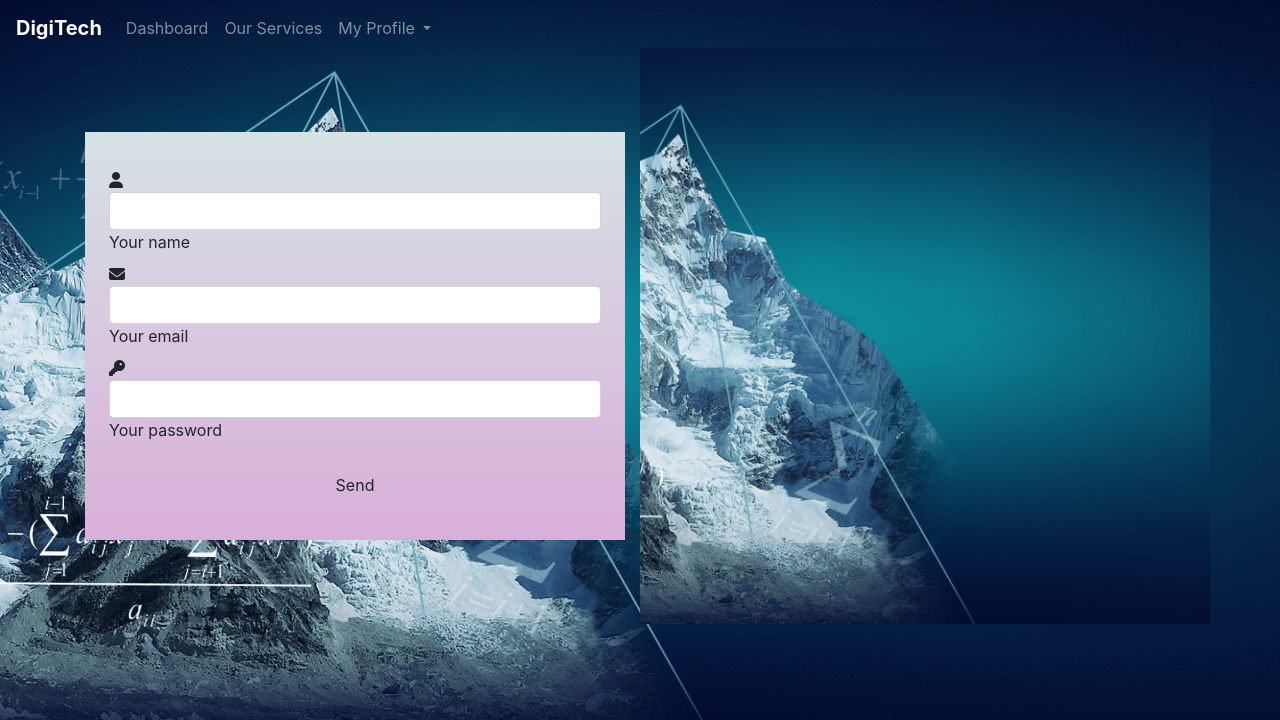
Repository: Tookliin/DigiTech
Page: /register
The author's editor kept a copy of each file at every save. The page is drawn from the files as they stood at one save, then again after the next save.
The browser window is 1280 px wide. The pictures show the whole page.
The project was rebuilt for these pictures with package versions that can differ from the ones it lists, and the page was loaded fresh each time. Also part of the build but not shown: src/components/Dashboard.vue, src/components/Profile.vue, src/components/Error.vue, src/components/Organization.vue.

Above is the page before, as saved 2020-07-22 11:56:23.

### src/main.js
import Vue from 'vue';
import App from './App.vue';
import VueRouter from 'vue-router';
// import 'bootstrap-icons';
// import 'bootstrap-icons/icons';
import 'jquery';
import 'popper.js';
import 'bootstrap';
import 'bootstrap/dist/css/bootstrap.min.css';
import './assets/css/main.css';
import '@fortawesome/fontawesome-free/css/all.min.css';
import 'bootstrap-css-only/css/bootstrap.min.css';
import Dashboard from './components/Dashboard.vue';
import Profile from './components/Profile';
import Error from './components/Error.vue';
import Register from './components/Register.vue';
import Organization from './components/Organization.vue';

Vue.use(VueRouter);
Vue.config.productionTip = false

const router = new VueRouter({
routes: [
  {path: '/', component: Dashboard},
  {path: '/profile', component: Profile},
  {path: '/register', component: Register},
  {path: '/data', component: Organization},
  {path: '*', component: Error}
],
mode: 'history'
});
new Vue({
  router,
  render: h => h(App)
}).$mount('#app');

### src/App.vue
<template>
  <div id="app">
    <main class="">
  <nav class="navbar fixed-top navbar-expand-lg navbar-dark scrolling-navbar">
        <a class="navbar-brand" href="/"><strong>DigiTech</strong></a>
        <button class="navbar-toggler" type="button" data-toggle="collapse" data-target="#navbarSupportedContent" aria-controls="navbarSupportedContent" aria-expanded="false" aria-label="Toggle navigation">
            <span class="navbar-toggler-icon"></span>
        </button>
        <div class="collapse navbar-collapse" id="navbarSupportedContent">
            <ul class="navbar-nav mr-auto">
              <router-link to="/">
              <a class="nav-link">Dashboard <span class="sr-only">(current)</span></a></router-link>

                <router-link to="/profile">
                  <a class="nav-link" >Our Services</a>
                </router-link>


                 <li class="nav-item dropdown">
          <a class="nav-link dropdown-toggle" id="navbarDropdownMenuLink-4" data-toggle="dropdown" aria-haspopup="true"
            aria-expanded="false">
           My Profile
          </a>
          <div class="dropdown-menu dropdown-menu-right dropdown-info" aria-labelledby="navbarDropdownMenuLink-4">
             <router-link to="/data">
             <a class="dropdown-item">Account</a></router-link>

             <router-link to="/register">
             <a class="dropdown-item">Register</a></router-link>

             <router-link to="/logout">
             <a class="dropdown-item">Log out</a></router-link>



            <!-- <a class="dropdown-item" href="/data">Our Clients</a> -->
          </div>
        </li>
            </ul>
        </div>
    </nav>
    </main>
    <router-view/>
  </div>
</template>
<script>
export default {
  name: "App",
  components:{

  },
  data(){
    return{}
  }
}
</script>

### src/assets/css/main.css
html,
body,
header,
.view {
  height: 100%;
}

.navbar {
    background-color: transparent;
}

@media (max-width: 740px) {
  html,
  body,
  header,
  .view {
    height: 1200px;
  }
}
@media (min-width: 800px) and (max-width: 850px) {
  html,
  body,
  header,
  .view {
    height: 700px;
  }
}

.top-nav-collapse {
  background-color: #39448c !important;
}

.navbar:not(.top-nav-collapse) {
  background: transparent !important;
}

@media (max-width: 991px) {
 .navbar:not(.top-nav-collapse) {
  background: #39448c !important;
 }
}

.far{
    color: red;
}

.dashboard{
    background-color: #21D4FD;
background-image: -webkit-linear-gradient(19deg, #21D4FD 0%, #B721FF 100%);
background-image: -moz-linear-gradient(19deg, #21D4FD 0%, #B721FF 100%);
background-image: -o-linear-gradient(19deg, #21D4FD 0%, #B721FF 100%);
background-image: linear-gradient(19deg, #21D4FD 0%, #B721FF 100%);
}

.profile{
/* background-color: #D9AFD9;
background-image: -webkit-linear-gradient(0deg, #D9AFD9 0%, #97D9E1 100%);
background-image: -moz-linear-gradient(0deg, #D9AFD9 0%, #97D9E1 100%);
background-image: -o-linear-gradient(0deg, #D9AFD9 0%, #97D9E1 100%);
background-image: linear-gradient(0deg, #D9AFD9 0%, #97D9E1 100%); */
background-image: url("../images/sd.png");
background-position: center;
background-size: cover;

}

.register{
    background-color: #D9AFD9;
background-image: -webkit-linear-gradient(0deg, #e6d9e6 0%, #97D9E1 100%);
background-image: -moz-linear-gradient(0deg, #D9AFD9 0%, #97D9E1 100%);
background-image: -o-linear-gradient(0deg, #D9AFD9 0%, #97D9E1 100%);
background-image: linear-gradient(0deg, #D9AFD9 0%, #d6e2e4 100%);
}

.analytics{
background-image: url("../images/sd.png");
background-position: center;
background-size: cover;
height: 80vh;


}


 .data{
    /* background-color: #FAACA8;
background-image: -webkit-linear-gradient(19deg, #FAACA8 0%, #DDD6F3 100%);
background-image: -moz-linear-gradient(19deg, #FAACA8 0%, #DDD6F3 100%);
background-image: -o-linear-gradient(19deg, #FAACA8 0%, #DDD6F3 100%);
background-image: linear-gradient(19deg, #FAACA8 0%, #DDD6F3 100%); */
background-image: url("../images/dsa.jpg");
background-position: center;
background-size: cover;;

 }

 .client-card{
     background-color: #FAACA8;
background-image: -webkit-linear-gradient(19deg, #FAACA8 0%, #DDD6F3 100%);
background-image: -moz-linear-gradient(19deg, #FAACA8 0%, #DDD6F3 100%);
background-image: -o-linear-gradient(19deg, #FAACA8 0%, #DDD6F3 100%);
background-image: linear-gradient(19deg, #FAACA8 0%, #DDD6F3 100%);
 }

 .customer-churn{
     /* background-attachment: fixed; */
     background-image: url("../images/ad.gif");
     background-position: center;
     background-size: cover;;
 }
.sales{
    background-color: #21D4FD;
    background-image: -webkit-linear-gradient(19deg, #21D4FD 0%, #B721FF 100%);
    background-image: -moz-linear-gradient(19deg, #21D4FD 0%, #B721FF 100%);
    background-image: -o-linear-gradient(19deg, #21D4FD 0%, #B721FF 100%);
    background-image: linear-gradient(19deg, #21D4FD 0%, #B721FF 100%);
}

.subscription{
    background-color: #8EC5FC;
    background-image: -webkit-linear-gradient(62deg, #8EC5FC 0%, #E0C3FC 100%);
    background-image: -moz-linear-gradient(62deg, #8EC5FC 0%, #E0C3FC 100%);
    background-image: -o-linear-gradient(62deg, #8EC5FC 0%, #E0C3FC 100%);
    background-image: linear-gradient(62deg, #8EC5FC 0%, #E0C3FC 100%);

}

.traffic{
    background-color: #FBAB7E;
    background-image: -webkit-linear-gradient(62deg, #FBAB7E 0%, #F7CE68 100%);
    background-image: -moz-linear-gradient(62deg, #FBAB7E 0%, #F7CE68 100%);
    background-image: -o-linear-gradient(62deg, #FBAB7E 0%, #F7CE68 100%);
    background-image: linear-gradient(62deg, #FBAB7E 0%, #F7CE68 100%);

}

.organic{
    background-color: #FBDA61;
    background-image: -webkit-linear-gradient(45deg, #FBDA61 0%, #FF5ACD 100%);
    background-image: -moz-linear-gradient(45deg, #FBDA61 0%, #FF5ACD 100%);
    background-image: -o-linear-gradient(45deg, #FBDA61 0%, #FF5ACD 100%);
    background-image: linear-gradient(45deg, #FBDA61 0%, #FF5ACD 100%);

}

### src/components/Register.vue
<template>
    <div>
        <header>
  <div class="">
    <!-- Mask & flexbox options-->
    <div class="profile" style="height: 100vh;">
      <!-- Content -->
      <div class="container h-100" >

        <div class="row align-items-center">

          <div class=" col-md-6">
                <div class="register">
              <div class="card-body z-depth-2 px-4">
                <div class="md-form mt-3">
                  <i class="fa fa-user prefix grey-text"></i>
                  <input type="text" id="form3" class="form-control">
                  <label for="form3">Your name</label>
                </div>
                <div class="md-form">
                  <i class="fa fa-envelope prefix grey-text"></i>
                  <input type="text" id="form2" class="form-control">
                  <label for="form2">Your email</label>
                </div>
                <div class="md-form">
                  <i class="fas fa-key prefix grey-text"></i>
                  <input type="text" id="form4" class="form-control">
                  <label for="form4">Your password</label>
                </div>
                <div class="text-center my-3">
                  <button class="btn btn-indigo btn-block">Send</button>
                </div>
              </div>
            </div>
          </div>

          <div class="analytics col-md-6 my-5 pt-5">
            <!-- <img src="https://mdbootstrap.com/img/illustrations/hiker-man-colour.svg" alt="" class="img-fluid"> -->
          </div>

        </div>

      </div>

    </div>

  </div>
  <!-- Full Page Intro -->

</header>
<!-- Main navigation -->
    </div>
</template>

<script>
export default {
    name: 'Register',
    components:{},
    data(){
        return{

        }
    }
}
</script>

Loaded but not shown: public/index.html (common file)

After the next save:
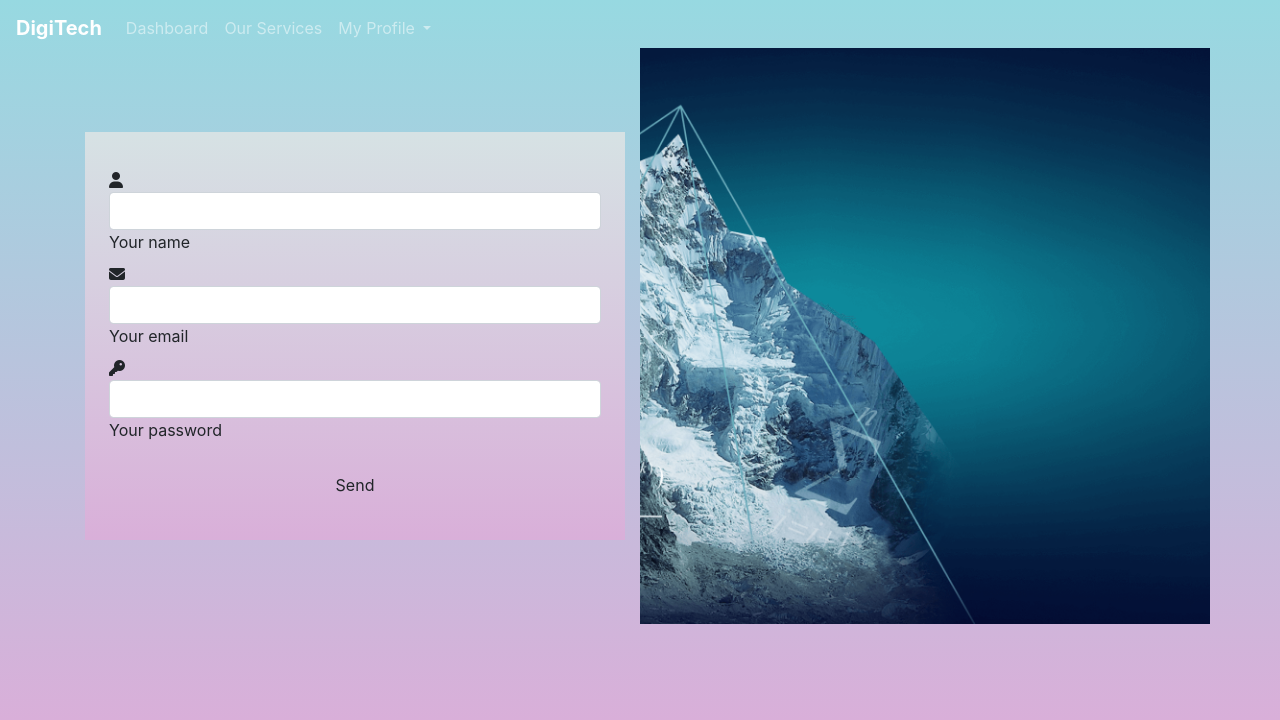
Saved 4 min 32 s later.
--- a/src/assets/css/main.css
+++ b/src/assets/css/main.css
@@ -53,14 +53,11 @@ background-image: linear-gradient(19deg, #21D4FD 0%, #B721FF 100%);
 }
 
 .profile{
-/* background-color: #D9AFD9;
+background-color: #D9AFD9;
 background-image: -webkit-linear-gradient(0deg, #D9AFD9 0%, #97D9E1 100%);
 background-image: -moz-linear-gradient(0deg, #D9AFD9 0%, #97D9E1 100%);
 background-image: -o-linear-gradient(0deg, #D9AFD9 0%, #97D9E1 100%);
-background-image: linear-gradient(0deg, #D9AFD9 0%, #97D9E1 100%); */
-background-image: url("../images/sd.png");
-background-position: center;
-background-size: cover;
+background-image: linear-gradient(0deg, #D9AFD9 0%, #97D9E1 100%);
 
 }
 
